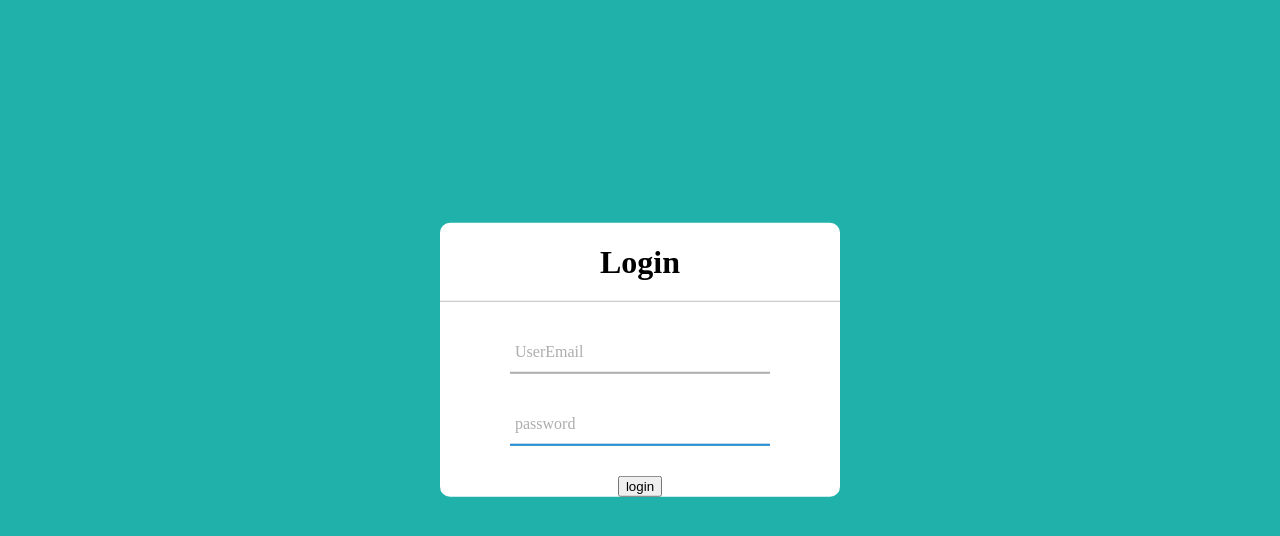
Repository: Aref19/eshop_frontEnd
Page: /
The author's editor kept a copy of each file at every save. The page is drawn from the files as they stood at one save, then again after a run of saves.
The browser window is 1280 px wide. The pictures show the whole page.
The project was rebuilt for these pictures with package versions that can differ from the ones it lists, and the page was loaded fresh each time.

Above is the page before, as saved 2023-02-24 00:10:57.

After the next 3 saves:
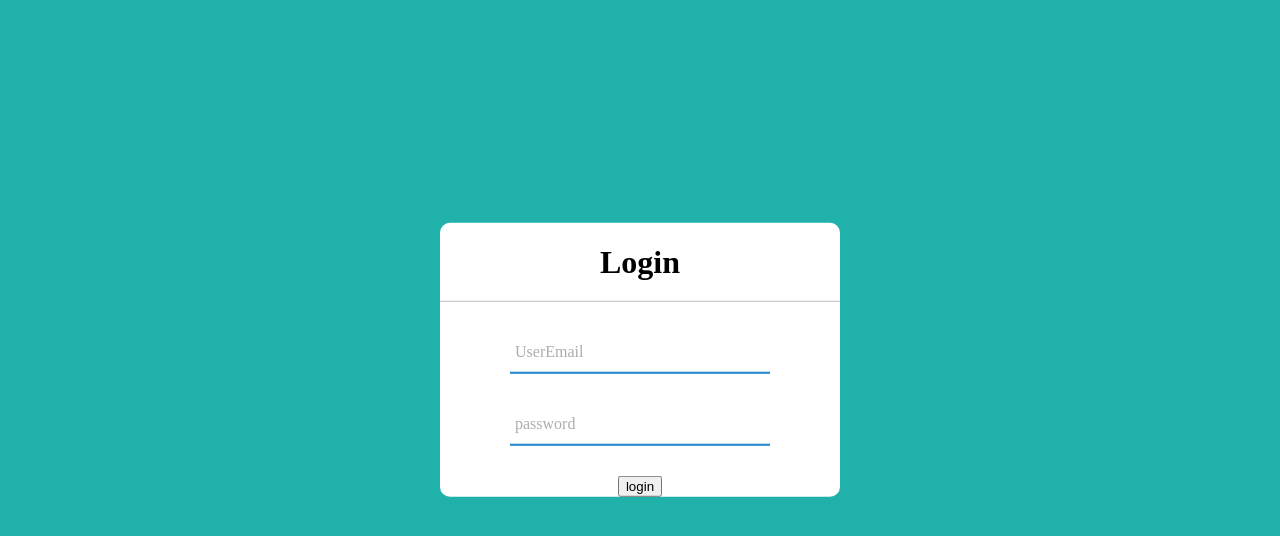
The 3 saves are shown as one change because they came seconds apart.
The last was saved 42 s later.
--- a/src/component/Login.js
+++ b/src/component/Login.js
@@ -9,7 +9,7 @@ function Login() {
                 <form method="post">
                     <div className="txt_field">
                         <input type={Text} required></input>
-                        <snap></snap>
+                        <span></span>
                         <label>UserEmail</label>
 
                     </div>
